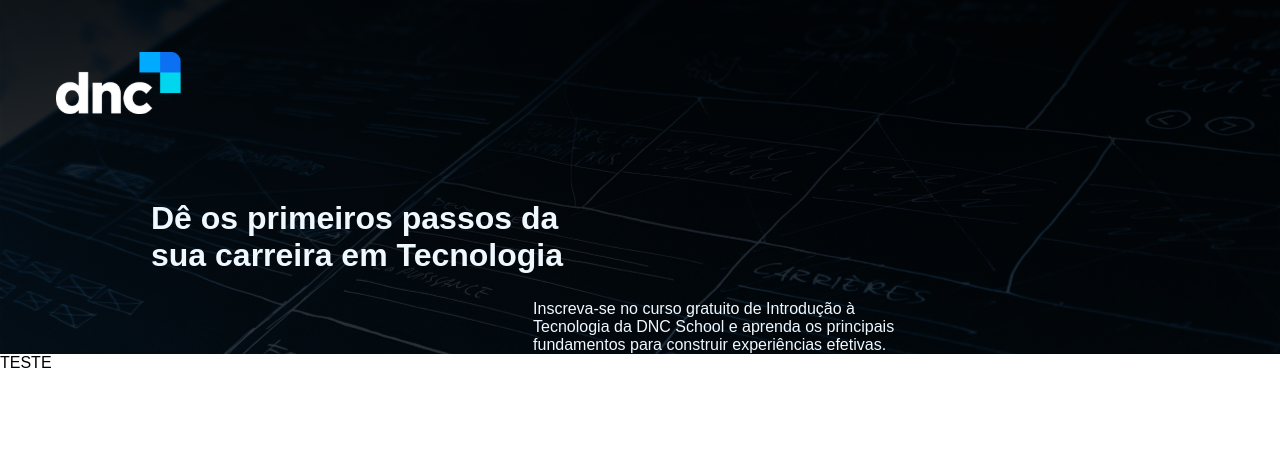
Repository: kleber-goncalves/Landing-Page-dnc
Page: src/index.html
An editor plug-in stored every save of this project. The page is shown before and after the next save, followed by the edit.
The browser window is 1280 px wide. The pictures show the whole page.

Above is the page before, as saved 2024-12-09 19:48:10.

After the next save:
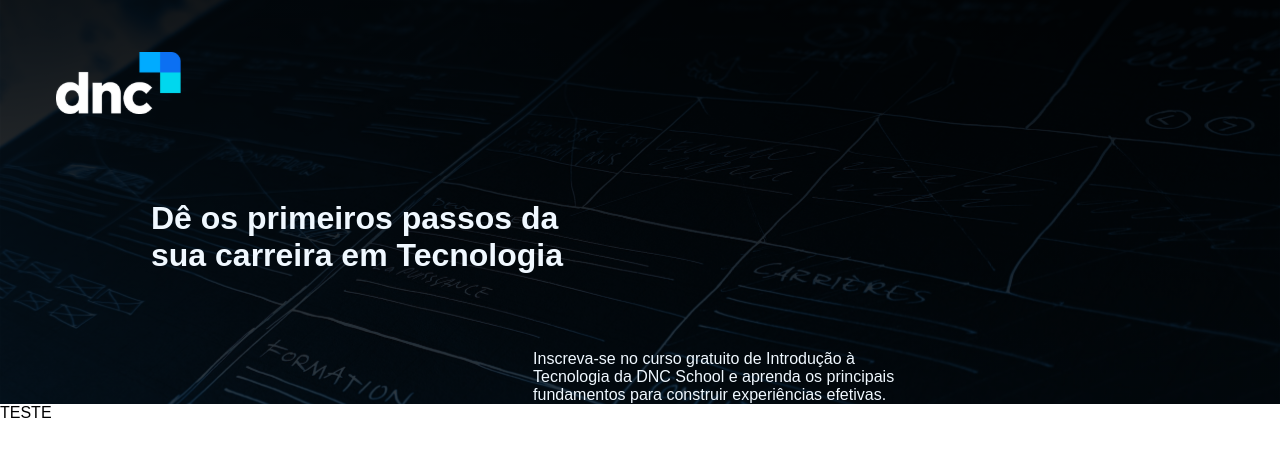
Saved 6 s later.
--- a/src/style.css
+++ b/src/style.css
@@ -30,5 +30,5 @@
 #subtitulo{
     display: flex;
     margin-left: -30px;
-    margin-top: 300px;
+    margin-top: 350px;
 }
